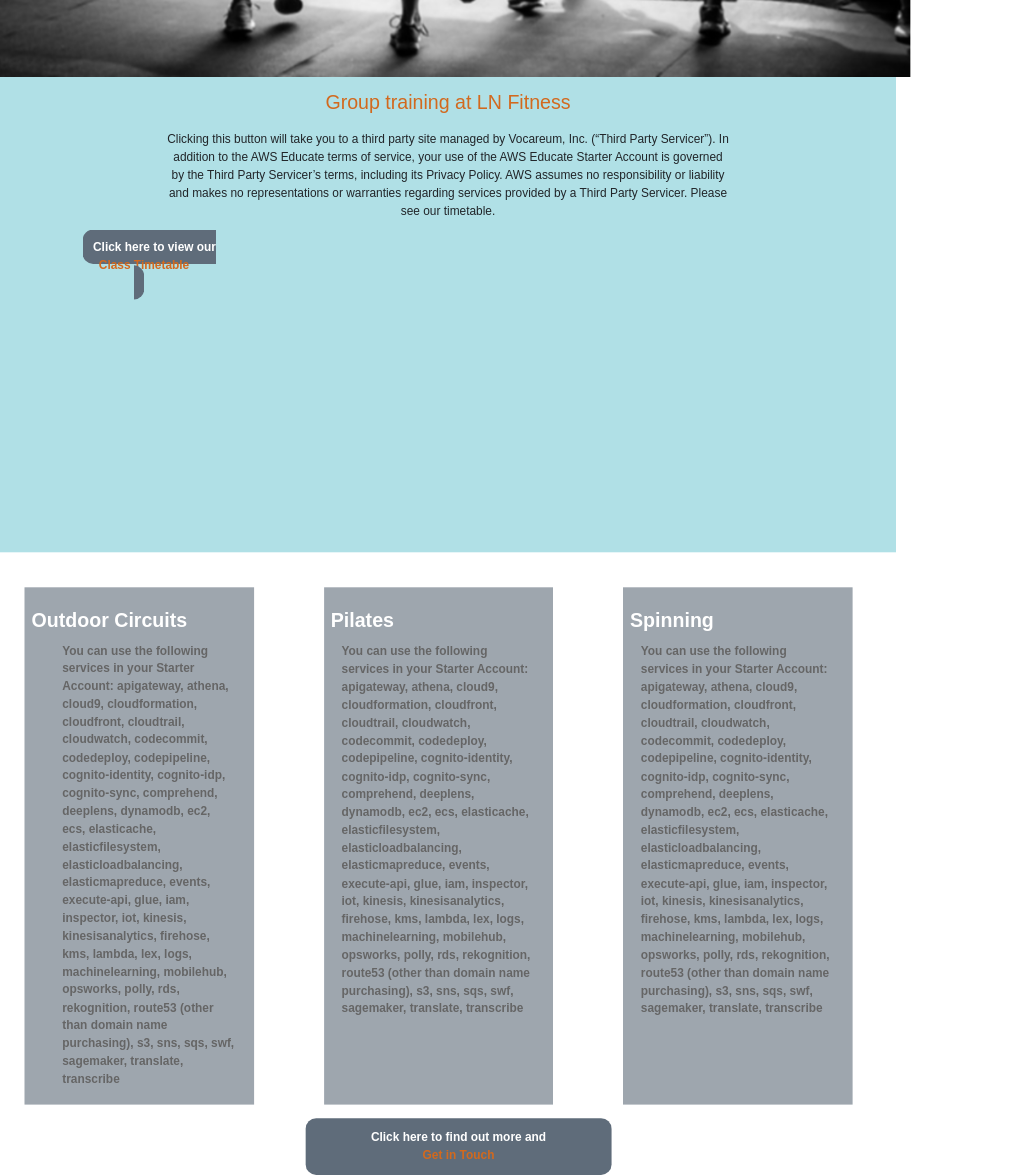
Repository: murphya14/Fitness-webpage
Page: group-training.html
The author's editor kept a record of every edit. The page is drawn from the files as they stood at one moment, then again after the next edit.
The browser window is 1280 px wide. The page is 1453 px wide, so the pictures cover 1453 px, including what lies to the right of the window. The pictures show the part of the page from y = 770 to 2450 px (the page is 2650 px tall before and 2812 px after), at 70% of full size.
Pictures or frames that could not be fetched are drawn as grey boxes. Some web libraries are served in a nearby version.

Above is the page before.

After the next edit:
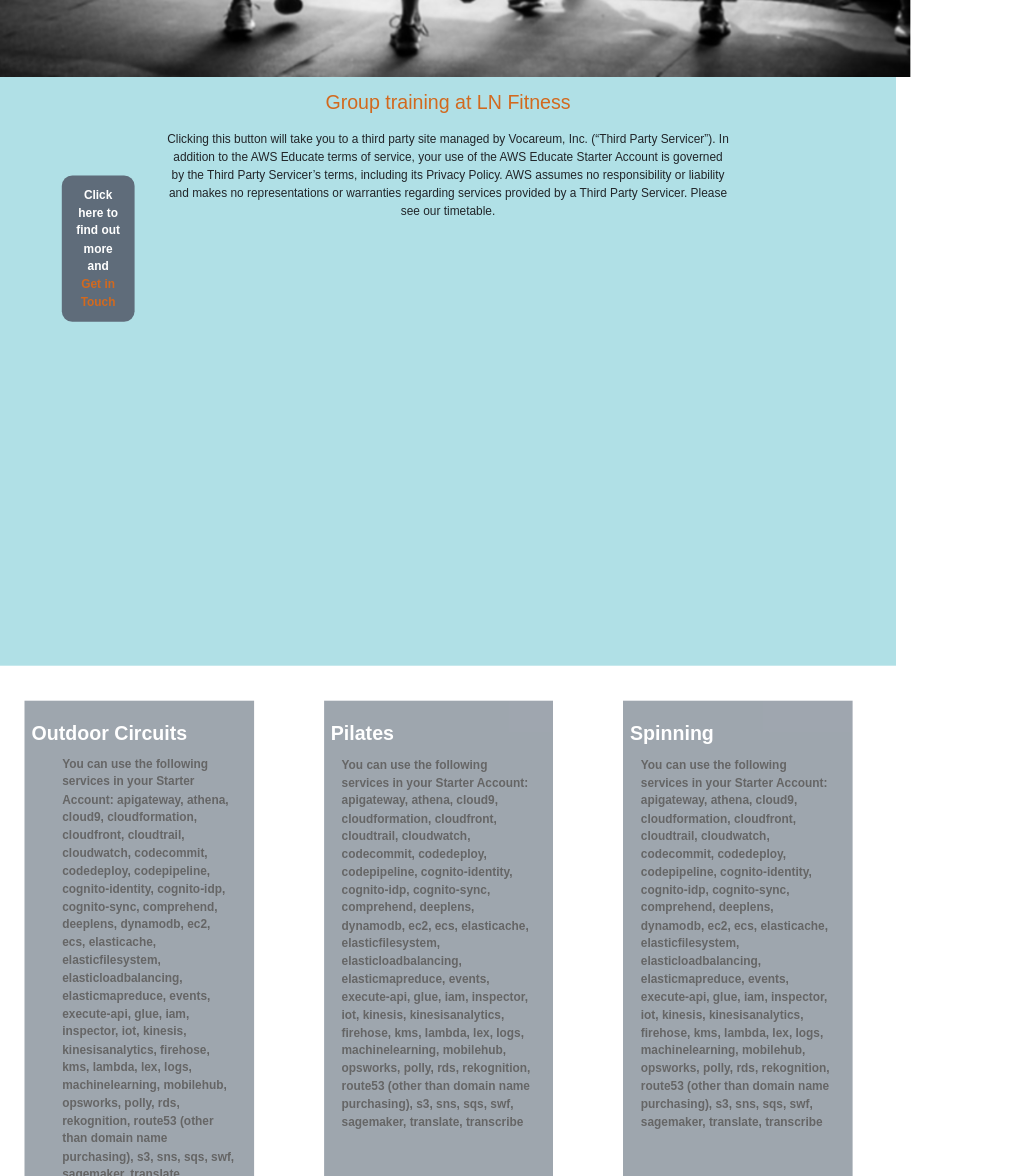
The edit:
--- a/group-training.html
+++ b/group-training.html
@@ -128,9 +128,10 @@
           </div>
           <div class="row" >
 
-          <div class="col center">
-            <a id="click-here-active" href="assets/timetable.pdf" target="_blank" class="free-link section-link timetable-link">Click here to view our
-            <p class="highlight"> Class Timetable</p></a></div>
+            <div class="row">
+    <div class="col-md-4 free-link"><a class="section-link" id="click-here-active" href="get-in-touch.html">Click here to find out more and <p class="highlight">Get in Touch</p></a></div>
+
+</div>
       </div>
       </div>
 
